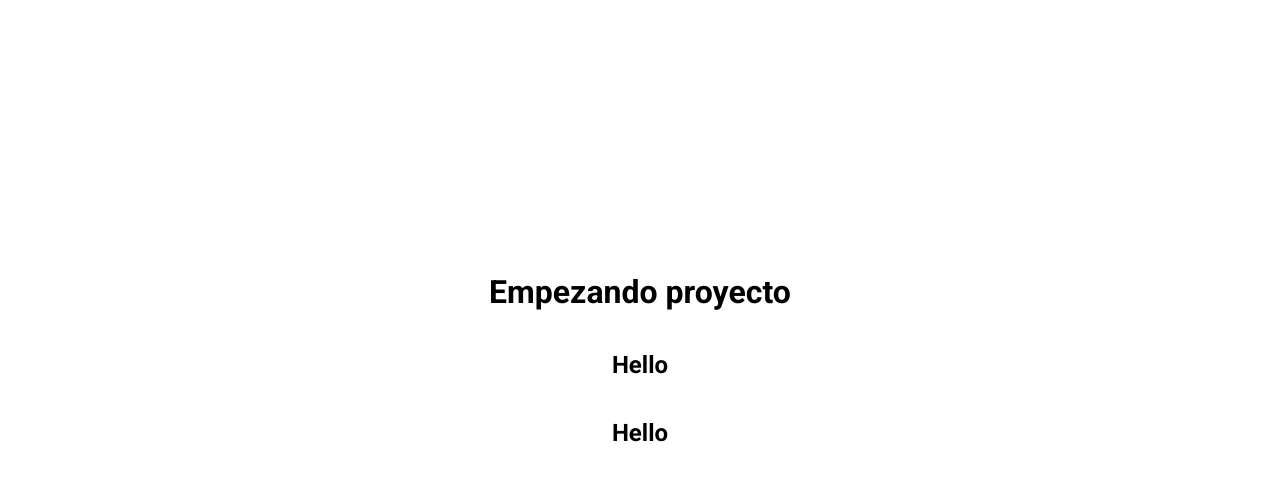
Repository: ElideZavala/Tarjetas-de-Imagenes
Page: index.html
The author's editor kept a copy of each file at every save. The page is drawn from the files as they stood at one save, then again after the next save.
The browser window is 1280 px wide. The pictures show the whole page.

Above is the page before, as saved 2021-05-26 10:30:13.
Not found: script.js

### index.html
<!DOCTYPE html>
<html lang="es">
<head>
	<meta charset="UTF-8">
	<meta http-equiv="X-UA-Compatible" content="IE=edge">
	<meta name="viewport" content="width=device-width, initial-scale=1.0">
	<!-- <link rel="stylesheet" href="https://cdnjs.cloudflare.com/ajax/libs/font-awesome/5.15.3/css/all.min.css" integrity="sha512-iBBXm8fW90+nuLcSKlbmrPcLa0OT92xO1BIsZ+ywDWZCvqsWgccV3gFoRBv0z+8dLJgyAHIhR35VZc2oM/gI1w==" crossorigin="anonymous" referrerpolicy="no-referrer" /> -->
	<title>Mi projecto</title>
	<link rel="stylesheet" href="normalize.css">
	<link rel="stylesheet" href="./style.css">
</head>
<body>
	<h1>Empezando proyecto</h1>
	<h2>Hello</h2>
	<h2>Hello</h2>

	<script src="script.js"></script>
</body>
</html>

### style.css
@import url('https://fonts.googleapis.com/css2?family=Roboto:wght@400;700&display=swap');

* {
	box-sizing: border-box;
}

body {
	font-family: 'Roboto', sans-serif;
	display: flex;
	flex-direction: column;
	align-items: center;
	justify-content: center;
	height: 100vh;
	overflow: hidden;
	margin: 0;
}

Loaded but not shown: normalize.css (library)

After the next save:
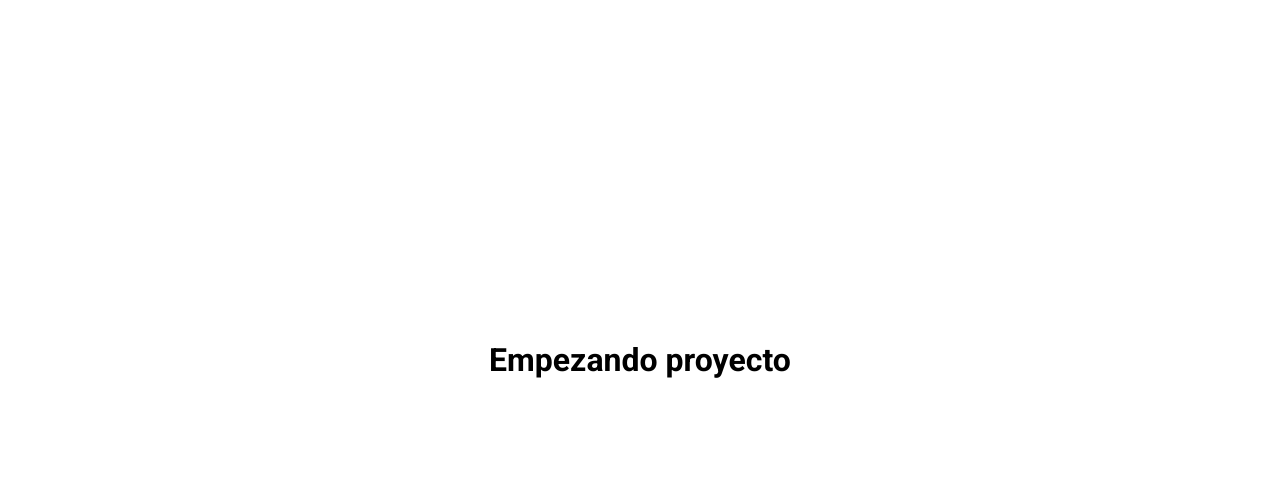
Saved 68 s later.
--- a/index.html
+++ b/index.html
@@ -11,8 +11,6 @@
 </head>
 <body>
 	<h1>Empezando proyecto</h1>
-	<h2>Hello</h2>
-	<h2>Hello</h2>
 
 	<script src="script.js"></script>
 </body>
